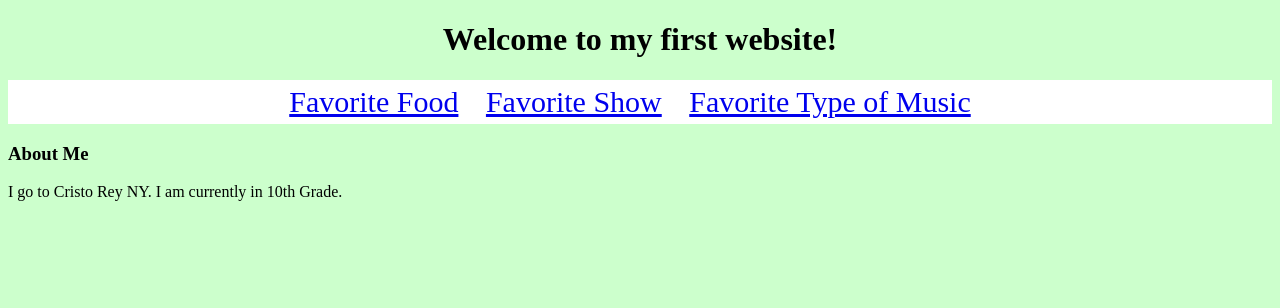
Repository: MM1323/unit9lesson1_startercode
Page: index.html
The author's editor kept a record of every edit. The page is drawn from the files as they stood at one moment, then again after the next edit.
The browser window is 1280 px wide. The pictures show the whole page.

Above is the page before.

### index.html
<!DOCTYPE html>
<html>
<head>
	<title>ScriptEd Unit 9: Linking pages</title>
	<link rel="stylesheet" href="./style/homestyle.css" type="text/css" />
	<script type="text/javascript" src="./action.js"></script>
</head>


<body>

<div id="header">
	 <h1>Welcome to my first website!</h1>
</div>

  	<div class="start">
  	     <a  href="pages/page1.html">Favorite Food</a>
  	     <a  href="pages/page2.html">Favorite Show</a>
  		 <a  href="pages/page3.html">Favorite Type of Music</a>
    </div>


  	<h3> About Me</h3>

  	<div id="me"
  	<img src="http://bit.ly/20Q2AdQ" alt="book" height="42" width="42">
  	</div>



	<p> I go to Cristo Rey NY. I am currently in 10th Grade.</p>




	<audio id="audio" controls loop autoplay>
        <source src="./music/Sia.mp3" type="audio/mpeg" id="mp3source">
	  </audio>













</body>
</html>

### style/homestyle.css
body{
    background-color: #CCFFCC;
}

audio {
   display:none;
}



.start {
    background-color: white;
    color: black;
    text-align:center;
    padding:5px;
    font-size:30px;

}

.start a {
    margin-right: 20px;
}








#header{
    text-align:center;
}

Loaded but not shown: action.js (no stored copy; drawn as an empty file)

After the next edit:
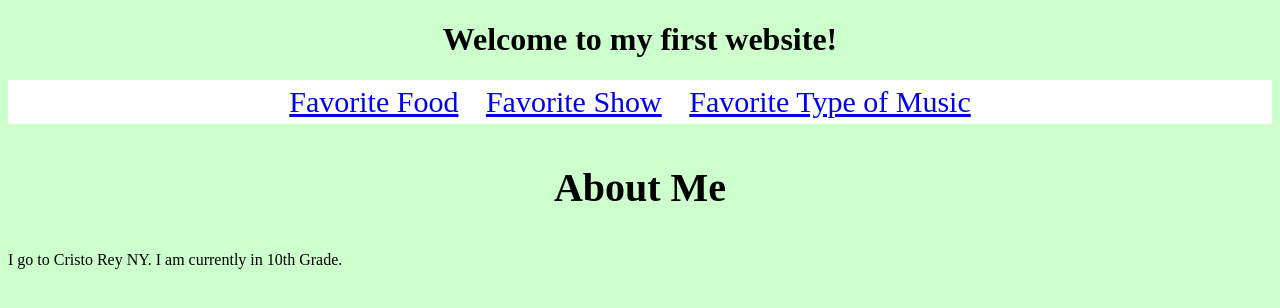
The edit:
--- a/style/homestyle.css
+++ b/style/homestyle.css
@@ -22,12 +22,12 @@
 }
 
 
-
-
-
-
-
-
 #header{
     text-align:center;
 }
+
+
+h3{
+    text-align: center;
+    font-size: 250%;
+}
